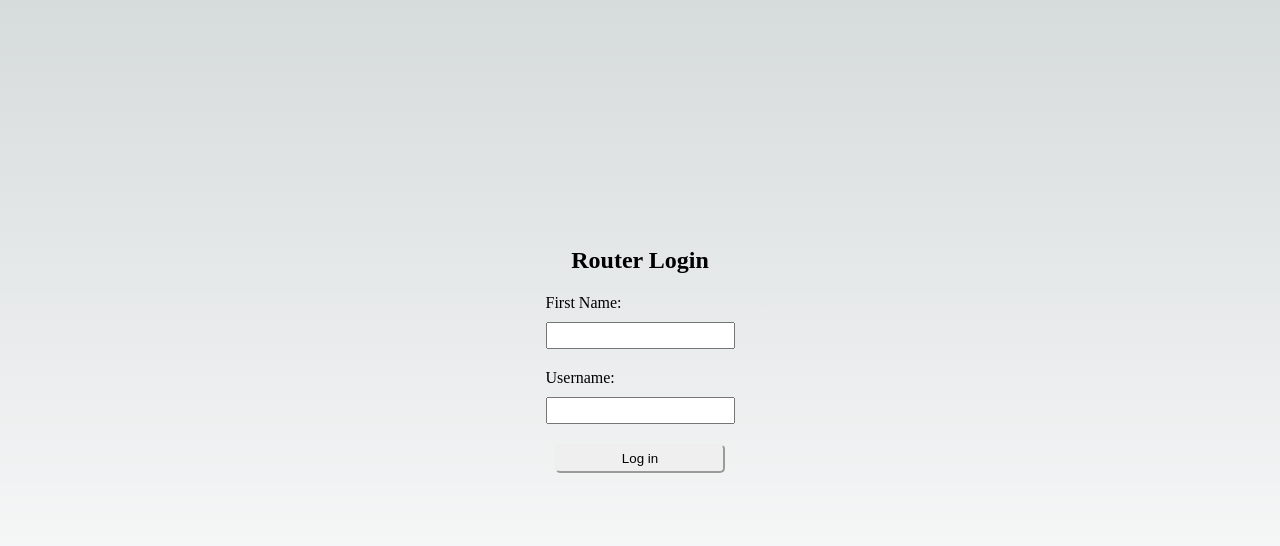
Repository: Mariessa-Pinto/week2-next.js-next-router-login
Page: /
These files come from the project's save history. The page is drawn as it stood at one moment and after the next save; the edit follows.
The browser window is 1280 px wide. The pictures show the whole page.
The project was rebuilt for these pictures with package versions that can differ from the ones it lists, and the page was loaded fresh each time. The framework's server and built-in components were replaced by stand-ins that run in the browser. Also part of the build but not shown: next.config.js.

Above is the page before, as saved 2023-01-11 07:47:57.

After the next save:
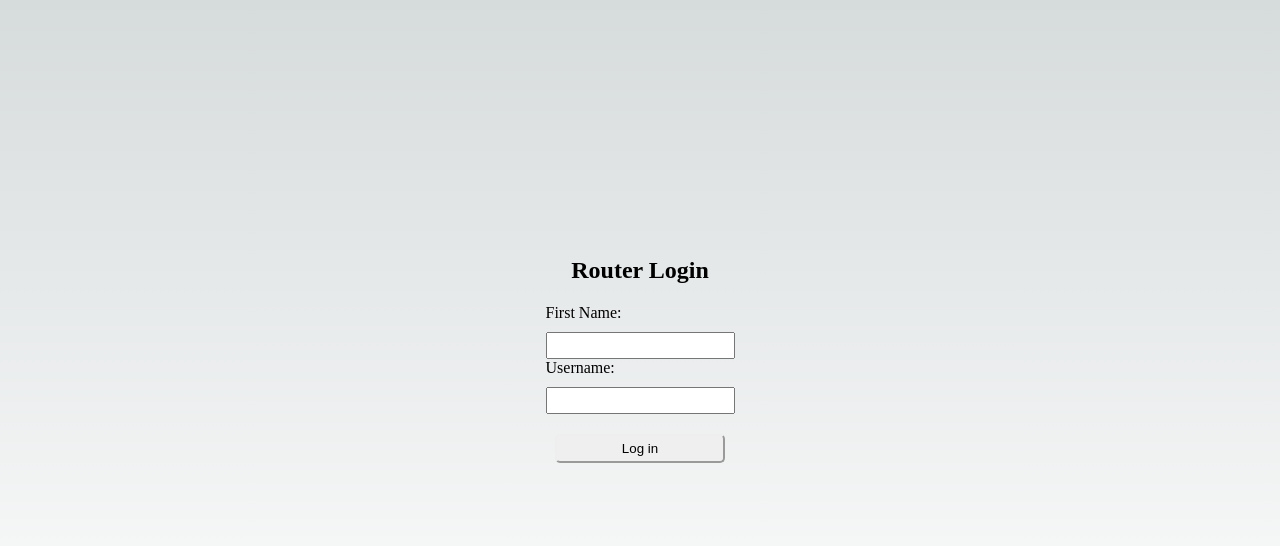
Saved 2 min 7 s later.
--- a/pages/index.js
+++ b/pages/index.js
@@ -41,34 +41,36 @@ export default function Home() {
       <main className={styles.main}>
 
        <h2>Router Login</h2>
-       <div className={styles.inputField}>
-        <label>First Name:</label>
-        <input
-          className={styles.input}
-          type = "text"
-          id = "first"
-          name = "first"
-          required
-          pattern ="[A-Z]{1}[a-z]{2,10}"
-          title="The first letter should be capitalized"
-          onChange={(e => setFormData({...formData, firstName: e.target.value}))}
-        />
-       </div>
+       <div className={styles.form}>
+        <div className={styles.inputField}>
+          <label>First Name:</label>
+          <input
+            className={styles.input}
+            type = "text"
+            id = "first"
+            name = "first"
+            required
+            pattern ="[A-Z]{1}[a-z]{2,10}"
+            title="The first letter should be capitalized"
+            onChange={(e => setFormData({...formData, firstName: e.target.value}))}
+          />
+        </div>
 
-      <div className={styles.inputField}>
-        <label>Username:</label>
-        <input
-          className={styles.input}
-          type = "text"
-          id = "username"
-          name = "username"
-          required
-          title="Type your username"
-          minLength="5"
-          maxLength="10"
-          onChange={(e => setFormData({...formData, username: e.target.value}))}
-        />
-       </div>
+        <div className={styles.inputField}>
+          <label>Username:</label>
+          <input
+            className={styles.input}
+            type = "text"
+            id = "username"
+            name = "username"
+            required
+            title="Type your username"
+            minLength="5"
+            maxLength="10"
+            onChange={(e => setFormData({...formData, username: e.target.value}))}
+          />
+        </div>
+        </div>
        <button className={styles.button} type="submit" onClick={() => CheckLogin()}>Log in</button>
       </main>
     </>
